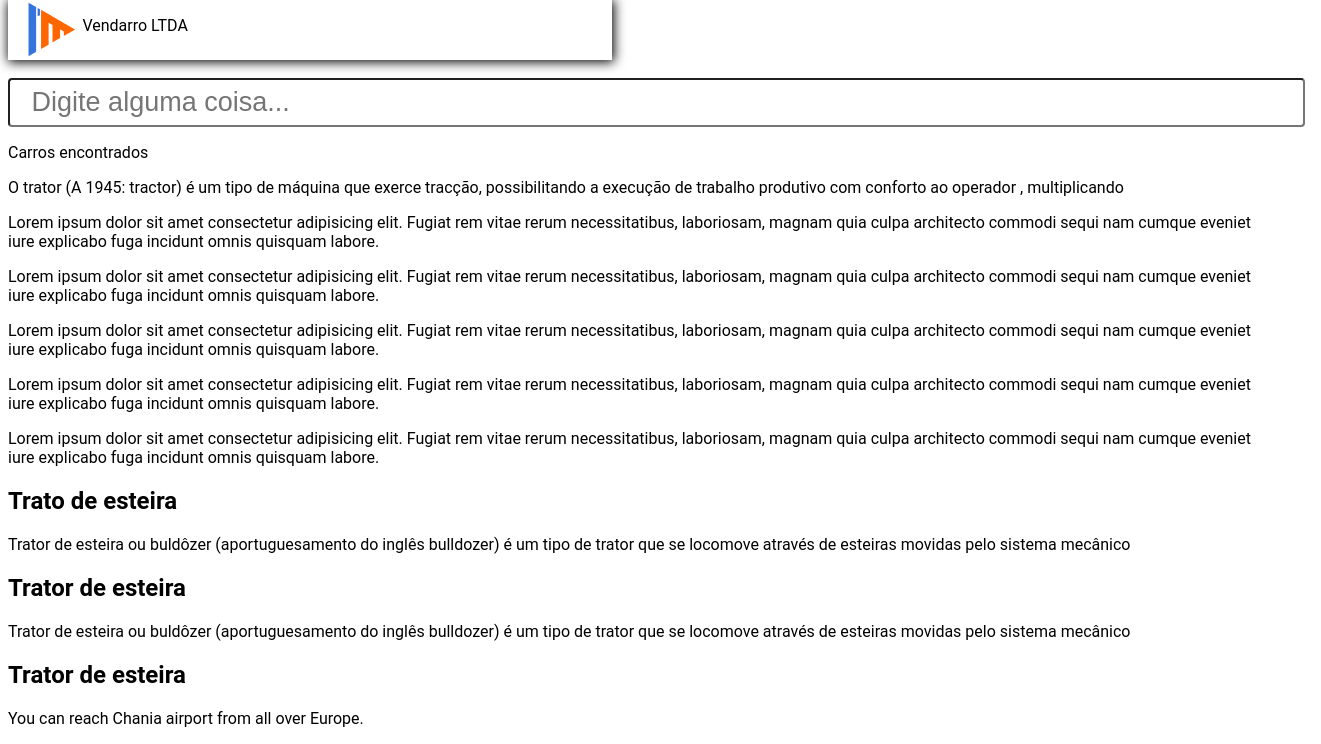
Repository: ecrseer/pesquisa-carros-html
Page: index.html
An editor plug-in stored every save of this project. The page is shown before and after a run of saves, followed by the edit.
The browser window is 1280 px wide. The page is 1305 px wide, then 1321 px, so the pictures cover 1321 px, including what lies to the right of the window. The pictures show the whole page.

Above is the page before, as saved 2022-01-21 17:02:06.

After the next 2 saves:
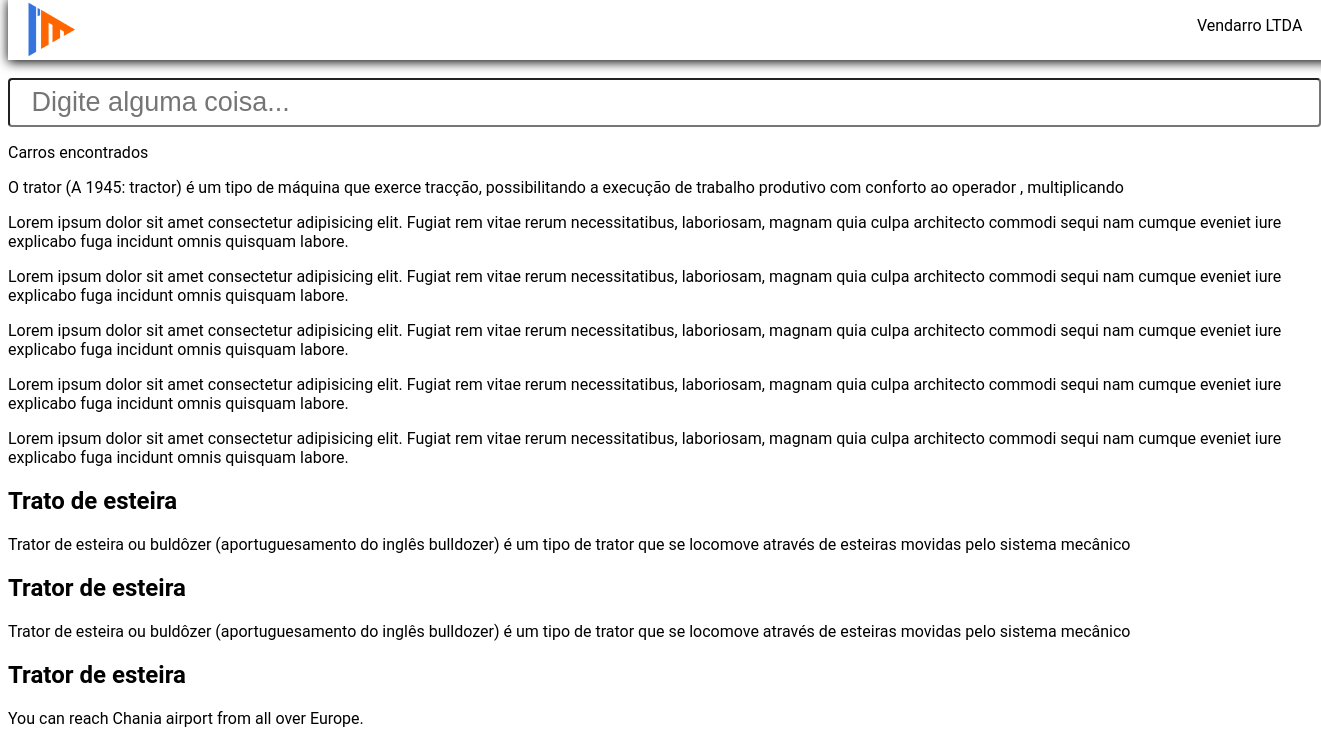
The 2 saves are shown as one change because they came seconds apart.
The last was saved 7 s later.
--- a/index.html
+++ b/index.html
@@ -13,8 +13,8 @@
 
 </head>
 
-<body>
-    <nav class="header flex">
+<body class="maxwidth">
+    <nav class="header flex maxwidth">
       <img src="./imgs/logo.png" alt="">
       <p>Vendarro LTDA</p>
 
